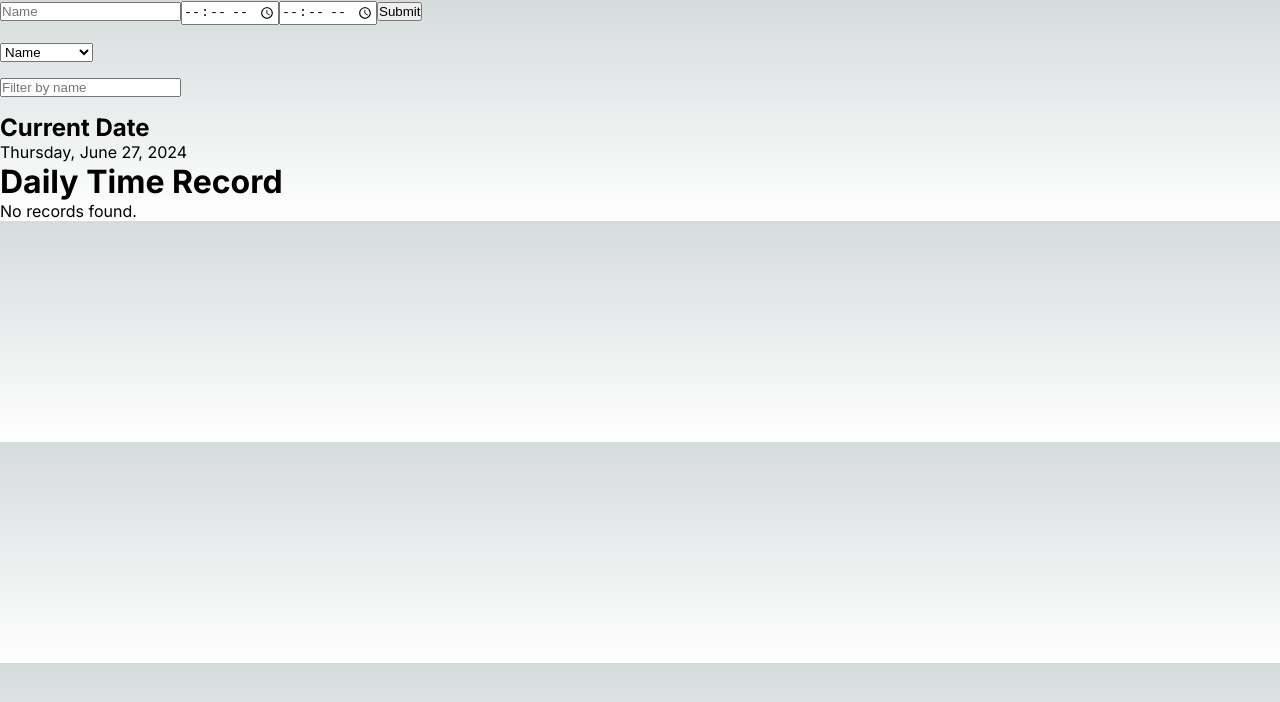
Repository: EeeeeEyyyy/daily_time_record
Page: /
An editor plug-in stored every save of this project. The page is shown before and after the next save, followed by the edit.
The browser window is 1280 px wide. The pictures show the whole page.
The project was rebuilt for these pictures with package versions that can differ from the ones it lists, and the page was loaded fresh each time. The framework's server and built-in components were replaced by stand-ins that run in the browser. Also part of the build but not shown: next.config.mjs.

Above is the page before, as saved 2024-06-27 14:01:00.

### src/app/layout.js
import { Inter } from "next/font/google";
import "./globals.css";

const inter = Inter({ subsets: ["latin"] });

export const metadata = {
  title: "Daily Time Record",
  description: "Generated by create next app",
};

export default function RootLayout({ children }) {
  return (
    <html lang="en">
      <body className={inter.className}>{children}</body>
    </html>
  );
}

### src/app/page.js
"use client";

import React, { useEffect, useState } from 'react';

const DailyTimeRecord = () => {
  const [data, setData] = useState([]);
  const [name, setName] = useState('');
  const [arrivalTime, setArrivalTime] = useState('');
  const [timeOut, setTimeOut] = useState('');
  const [date, setDate] = useState('');
  const [errors, setErrors] = useState({ name: '', arrivalTime: '', timeOut: '' });
  const [filter, setFilter] = useState('');
  const [filterType, setFilterType] = useState('name');
  const [editIndex, setEditIndex] = useState(null);

  useEffect(() => {
    const storedData = JSON.parse(localStorage.getItem('user')) || [];
    setData(storedData);
    setDate(getCurrentDate());
  }, []);

  const getCurrentDate = () => {
    const now = new Date();
    return now.toLocaleDateString('en-US', {
      weekday: 'long',
      year: 'numeric',
      month: 'long',
      day: 'numeric'
    });
  };

  const formatTime = (time) => {
    const [hour, minute] = time.split(':');
    const hourInt = parseInt(hour);
    const ampm = hourInt >= 12 ? 'PM' : 'AM';
    const formattedHour = hourInt % 12 || 12;
    return `${formattedHour}:${minute} ${ampm}`;
  };

  const handleChangeName = (value) => {
    setName(value);
  };

  const handleChangeArrivalTime = (value) => {
    setArrivalTime(value);
  };

  const handleChangeTimeOut = (value) => {
    setTimeOut(value);
  };

  const handleSubmit = () => {
    const newErrors = {
      name: name ? '' : 'Name is required',
      arrivalTime: arrivalTime ? '' : 'Arrival time is required',
      timeOut: timeOut ? '' : 'Time out is required'
    };

    if (newErrors.name || newErrors.arrivalTime || newErrors.timeOut) {
      setErrors(newErrors);
      return;
    }

    const payload = {
      name,
      date,
      arrivalTime: formatTime(arrivalTime),
      timeOut: formatTime(timeOut)
    };

    if (editIndex !== null) {
      const updatedData = data.map((item, index) =>
        index === editIndex ? payload : item
      );
      setData(updatedData);
      localStorage.setItem('user', JSON.stringify(updatedData));
      setEditIndex(null);
    } else {
      const updatedData = [...data, payload];
      setData(updatedData);
      localStorage.setItem('user', JSON.stringify(updatedData));
    }

    // Clear the input fields
    setName('');
    setArrivalTime('');
    setTimeOut('');
    setErrors({ name: '', arrivalTime: '', timeOut: '' });
  };

  const handleDelete = (index) => {
    const updatedData = data.filter((_, i) => i !== index);
    setData(updatedData);
    localStorage.setItem('user', JSON.stringify(updatedData));
  };

  const handleEdit = (index) => {
    const record = data[index];
    setName(record.name);
    setArrivalTime(record.arrivalTime);
    setTimeOut(record.timeOut);
    setEditIndex(index);
  };

  const handleFilterChange = (e) => {
    setFilter(e.target.value);
  };

  const handleFilterTypeChange = (e) => {
    setFilterType(e.target.value);
  };

  const filteredData = data.filter((item) => {
    const searchTerm = filter.toLowerCase();
    if (filterType === 'name') {
      return item.name.toLowerCase().includes(searchTerm);
    } else if (filterType === 'date') {
      return item.date.toLowerCase().includes(searchTerm);
    } else if (filterType === 'arrivalTime') {
      return item.arrivalTime.toLowerCase().includes(searchTerm);
    } else if (filterType === 'timeOut') {
      return item.timeOut.toLowerCase().includes(searchTerm);
    }
    return false;
  });

  return (
    <div>
      <input
        type="text"
        placeholder="Name"
        value={name}
        onChange={(e) => handleChangeName(e.target.value)}
      />
      {errors.name && <p style={{ color: 'red' }}>{errors.name}</p>}
      <input
        type="time"
        placeholder="Time of Arrival"
        value={arrivalTime}
        onChange={(e) => handleChangeArrivalTime(e.target.value)}
      />
      {errors.arrivalTime && <p style={{ color: 'red' }}>{errors.arrivalTime}</p>}
      <input
        type="time"
        placeholder="Time Out"
        value={timeOut}
        onChange={(e) => handleChangeTimeOut(e.target.value)}
      />
      {errors.timeOut && <p style={{ color: 'red' }}>{errors.timeOut}</p>}
      <button onClick={handleSubmit}>
        {editIndex !== null ? 'Update' : 'Submit'}
      </button>

      <div style={{ marginTop: '1rem' }}>
        <select value={filterType} onChange={handleFilterTypeChange}>
          <option value="name">Name</option>
          <option value="date">Date</option>
          <option value="arrivalTime">Arrival Time</option>
          <option value="timeOut">Time Out</option>
        </select>
        <input
          type="text"
          placeholder={`Filter by ${filterType}`}
          value={filter}
          onChange={handleFilterChange}
          style={{ display: 'block', marginTop: '1rem' }}
        />
      </div>

      <div style={{ marginTop: '1rem' }}>
                <h2>Current Date</h2>
        <p>{date}</p>
        <h1>Daily Time Record</h1>
        {filteredData.length > 0 ? (
          filteredData.map((item, index) => (
            <div key={index} style={{ marginBottom: '1rem' }}>
              <pre style={{ color: 'red' }}>
                Name: {item.name}<br />
                Date: {item.date}<br />
                Time of Arrival: {item.arrivalTime}<br />
                Time Out: {item.timeOut}
              </pre>
              <button onClick={() => handleEdit(index)}>Edit</button>
              <button onClick={() => handleDelete(index)}>Delete</button>
            </div>
          ))
        ) : (
          <p>No records found.</p>
        )}
      </div>
    </div>
  );
};
export default DailyTimeRecord;

Loaded but not shown: src/app/globals.css (common file)

After the next save:
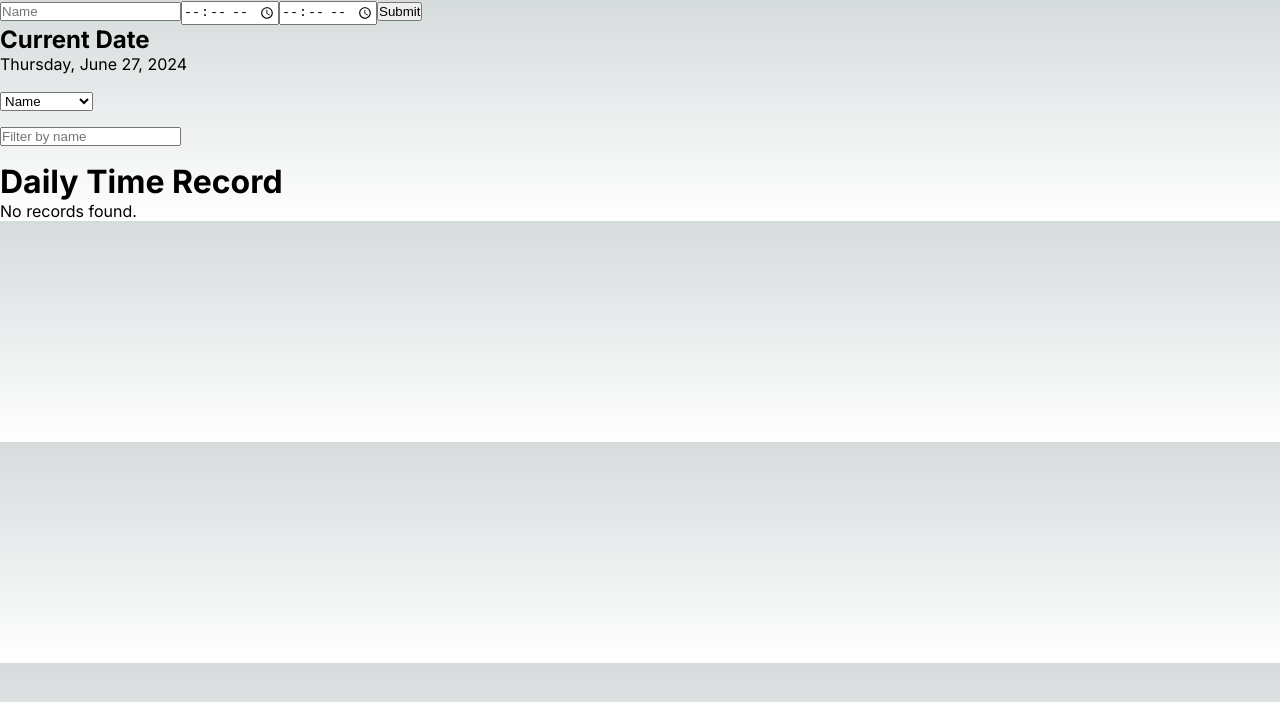
Saved 29 s later.
--- a/src/app/page.js
+++ b/src/app/page.js
@@ -150,7 +150,10 @@ const DailyTimeRecord = () => {
       <button onClick={handleSubmit}>
         {editIndex !== null ? 'Update' : 'Submit'}
       </button>
-
+<div>
+          <h2>Current Date</h2>
+        <p>{date}</p>
+</div>
       <div style={{ marginTop: '1rem' }}>
         <select value={filterType} onChange={handleFilterTypeChange}>
           <option value="name">Name</option>
@@ -168,8 +171,6 @@ const DailyTimeRecord = () => {
       </div>
 
       <div style={{ marginTop: '1rem' }}>
-                <h2>Current Date</h2>
-        <p>{date}</p>
         <h1>Daily Time Record</h1>
         {filteredData.length > 0 ? (
           filteredData.map((item, index) => (
